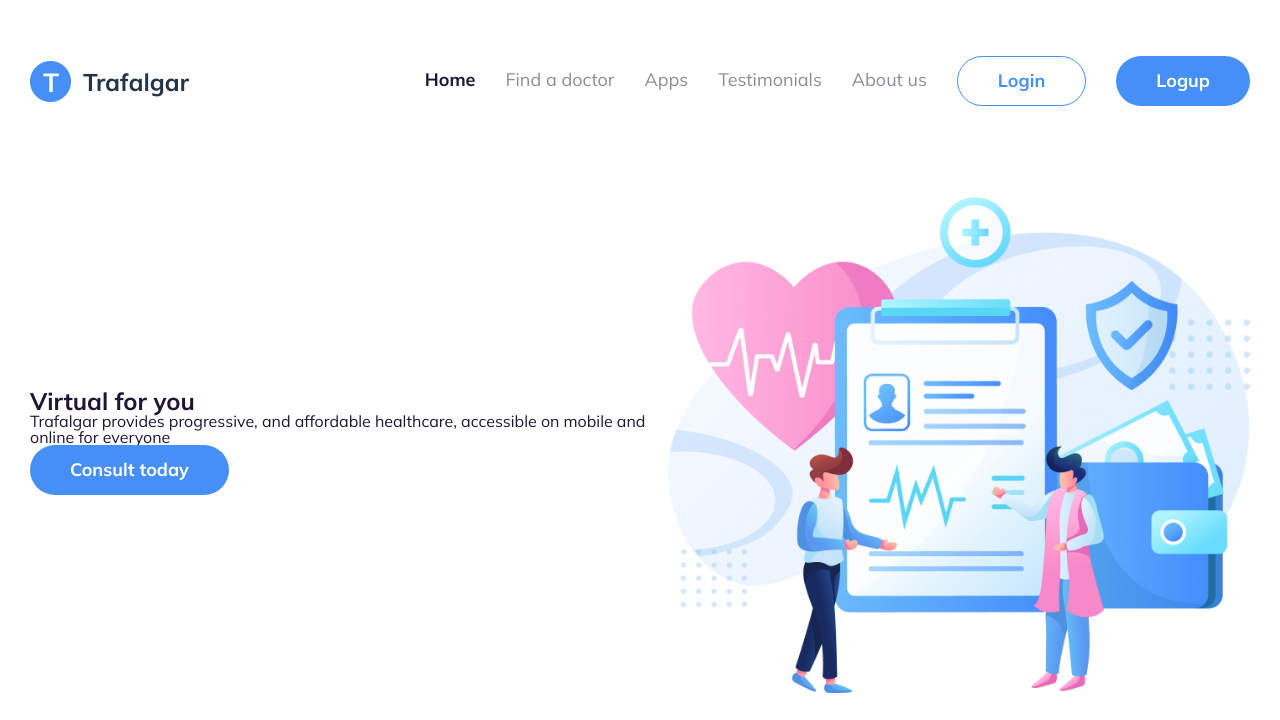
Repository: tungcutte35/Trafalgar
Page: index.html
The author's editor kept a copy of each file at every save. The page is drawn from the files as they stood at one save, then again after a run of saves.
The browser window is 1280 px wide. The pictures show the whole page.
The style sheet was rebuilt from its Sass, Less or Tailwind sources for each picture, by a compiler version that may differ from the author's.

Above is the page before, as saved 2021-10-17 16:51:45.

After the next 2 saves:
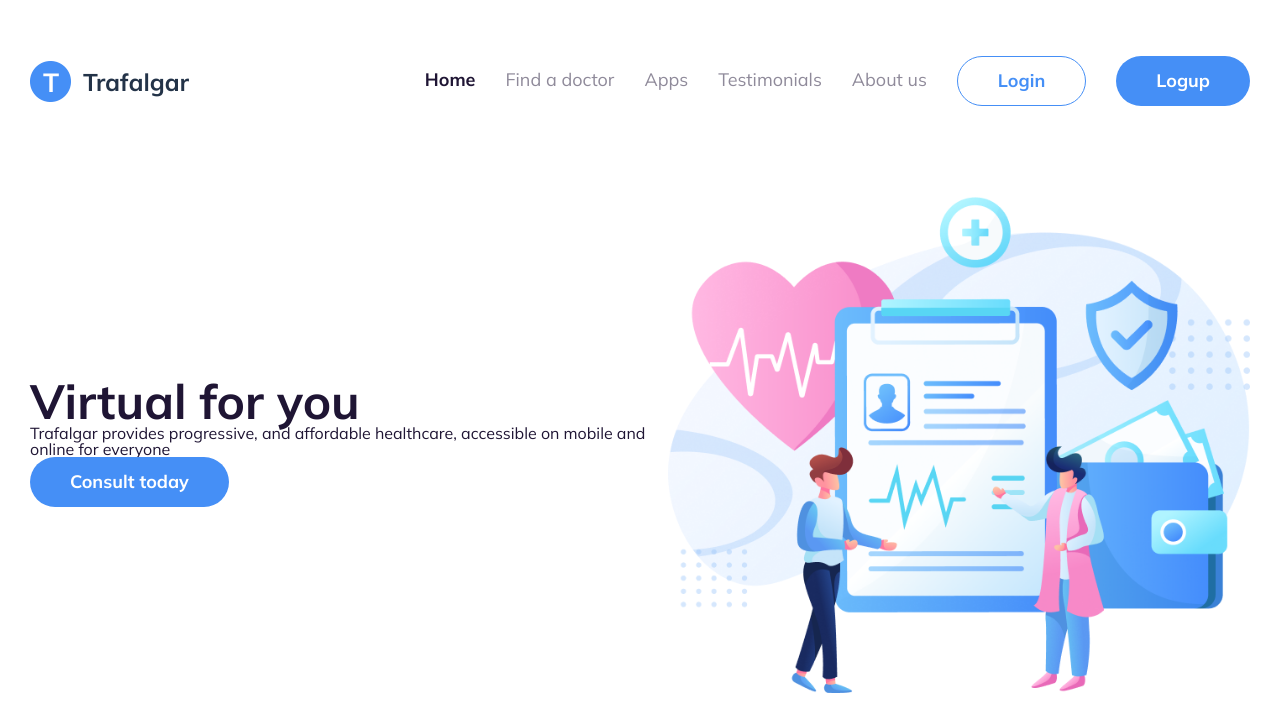
The 2 saves are shown as one change because they came seconds apart.
The last was saved 13 s later.
--- a/sass/_virtual.scss
+++ b/sass/_virtual.scss
@@ -5,5 +5,7 @@
     align-items: center;
   }
   &-heading {
+    font-size: 48px;
+    // font-weight: 700;
   }
 }
